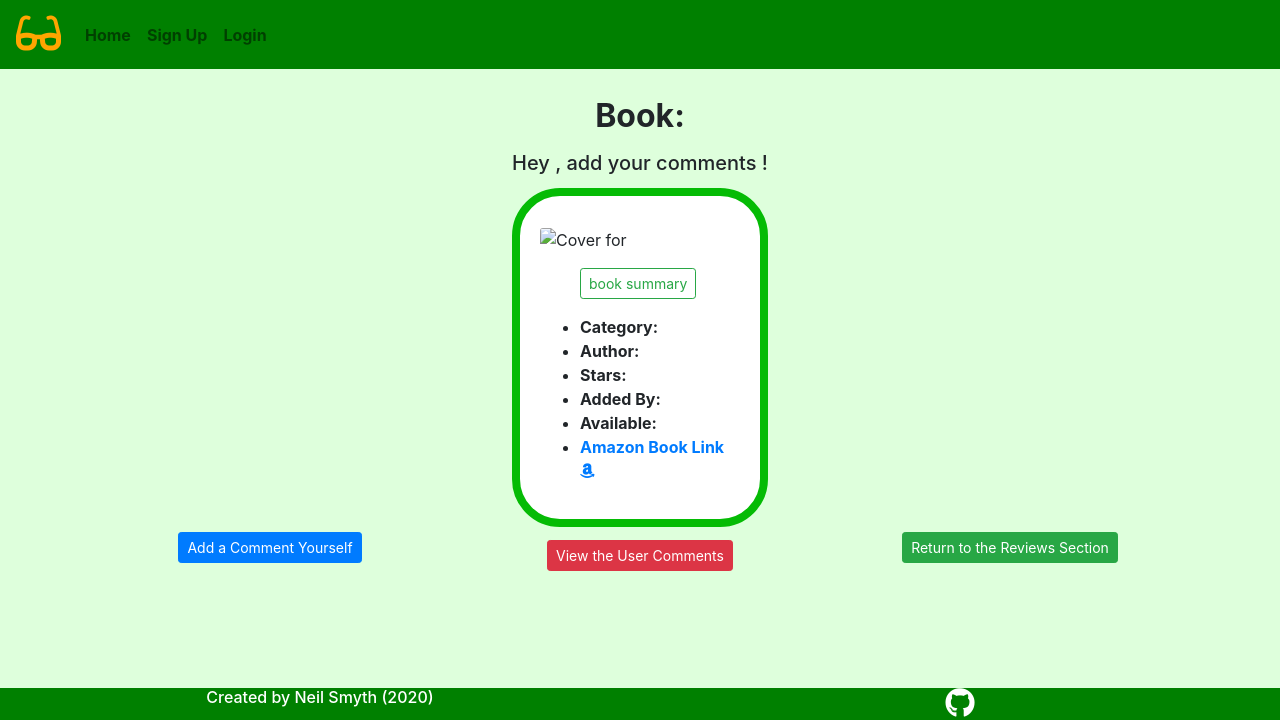
Repository: NeiloErnesto89/Data_Centric_Dev_Milestone_Project3
Page: templates/individual_book.html
The author's editor kept a record of every edit. The page is drawn from the files as they stood at one moment, then again after the next edit.
The browser window is 1280 px wide. The pictures show the whole page.
Some web libraries are served in a nearby version. The template is drawn by Flask 3. The application's start-up code is not run. The template is opened directly, without the code that normally fills it, so the values that code supplies are empty.

Above is the page before.

After the next edit:
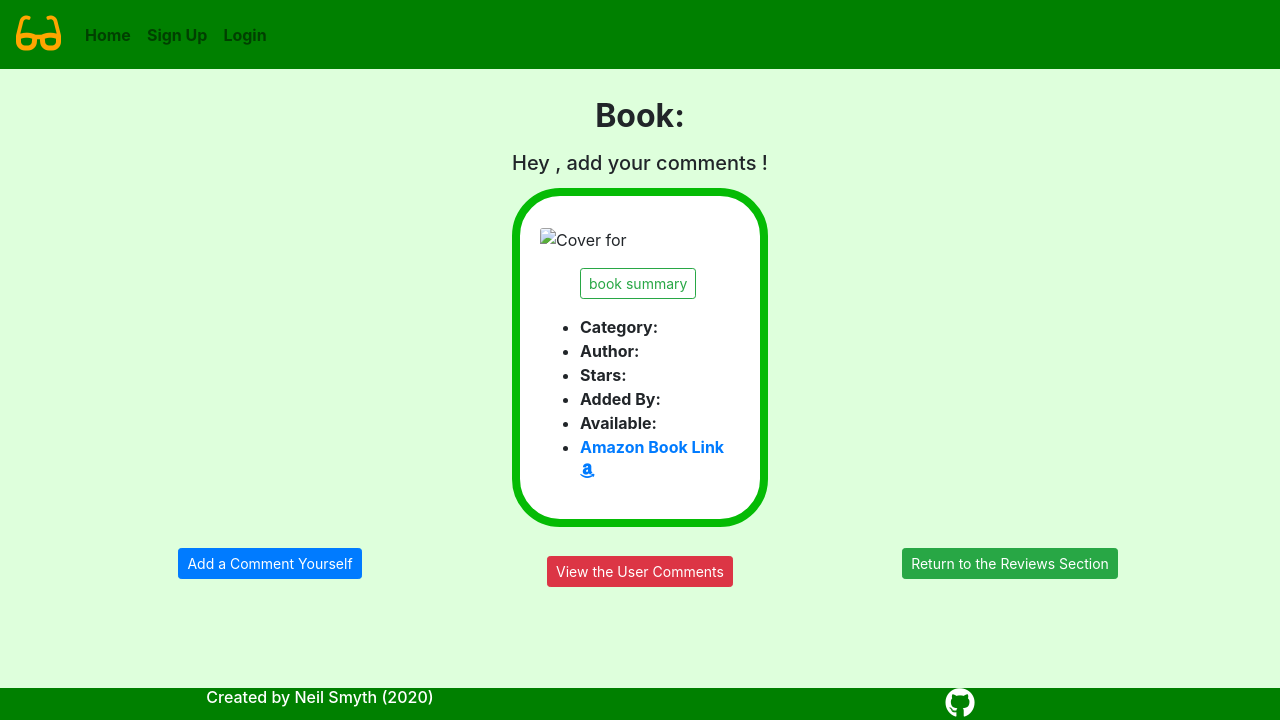
The edit:
--- a/templates/individual_book.html
+++ b/templates/individual_book.html
@@ -64,7 +64,7 @@
             </div>
         </div>
 
-        <div class="container-fluid">
+        <div class="container-fluid mt-3">
             <div class="row">
 
                 <div class="col-sm">
